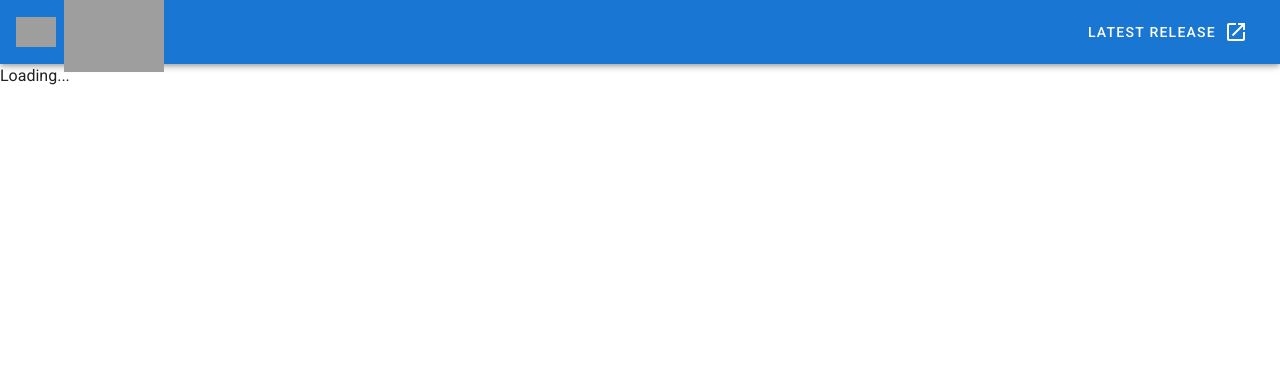
Repository: pakiam/demo
Page: /programs
These files come from the project's save history. The page is drawn as it stood at one moment and after the next save; the edit follows.
The browser window is 1280 px wide. The pictures show the whole page.
Pictures or frames that could not be fetched are drawn as grey boxes. The project was rebuilt for these pictures with package versions that can differ from the ones it lists, and the page was loaded fresh each time. Also part of the build but not shown: vue.config.js, src/components/HelloWorld.vue, src/views/Home.vue.

Above is the page before, as saved 2022-01-12 02:15:49.

After the next save:
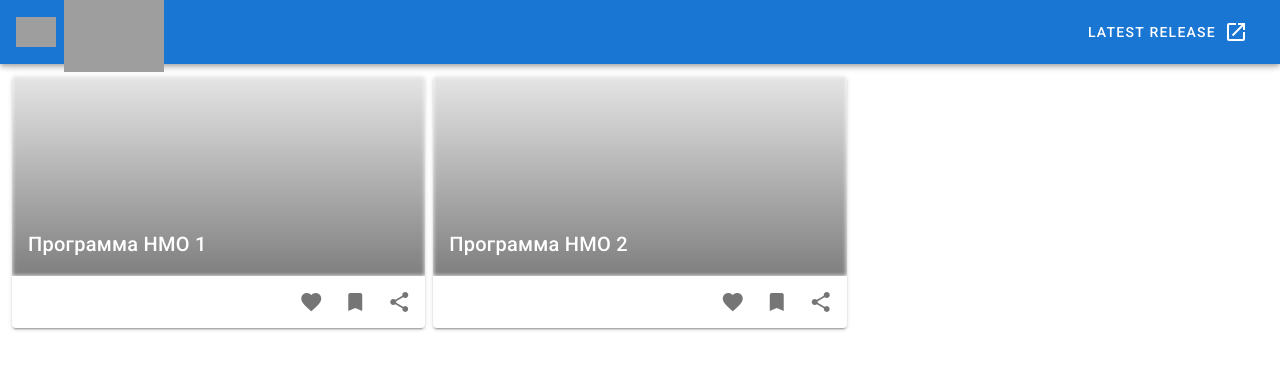
Saved 58 s later.
--- a/src/views/Programs.vue
+++ b/src/views/Programs.vue
@@ -12,7 +12,7 @@
             gradient="to bottom, rgba(0,0,0,.1), rgba(0,0,0,.5)"
             height="200px"
           >
-            <v-card-title v-text="card.title"></v-card-title>
+            <v-card-title v-text="program.frontName"></v-card-title>
           </v-img>
 
           <v-card-actions>
